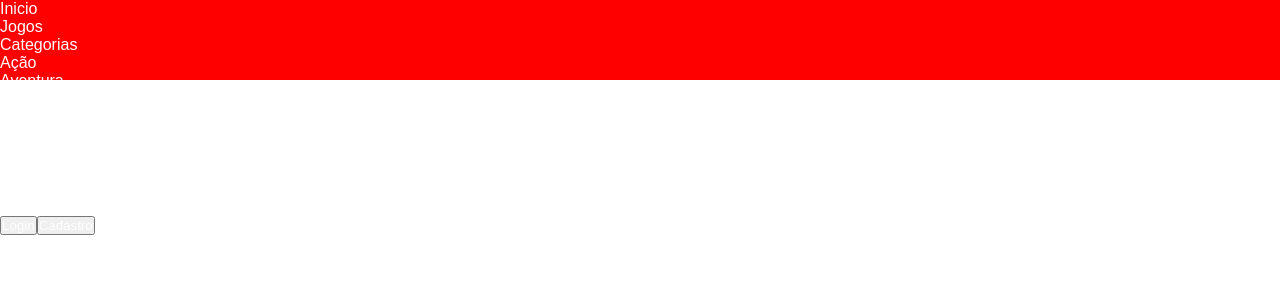
Repository: MarcoantonioCaldeira/Projeto-Go-Gamming
Page: /
The author's editor kept a copy of each file at every save. The page is drawn from the files as they stood at one save, then again after a run of saves.
The browser window is 1280 px wide. The pictures show the whole page.
The project was rebuilt for these pictures with package versions that can differ from the ones it lists, and the page was loaded fresh each time. Also part of the build but not shown: src/pages/Inicio/estilo.css, src/pages/rodape/rodape.js, src/pages/Inicio/Inicio.js, src/pages/Jogos/Jogos.js, src/pages/Categorias/Acao.js, src/pages/Categorias/Aventura.js, src/pages/Categorias/Arcades.js, src/pages/Categorias/Familia.js and 7 more.

Above is the page before, as saved 2023-01-25 22:44:59.

### src/App.js
import ReactDOM from "react-dom/client";
import "./fonts/Poppins.ttf";
import { BrowserRouter, Routes, Route } from "react-router-dom";

import Menu from "./pages/Menu/Menu";
import Inicio from "./pages/Inicio/Inicio";

//Categorias
import Jogos from "./pages/Jogos/Jogos";
import Acao from "./pages/Categorias/Acao";
import Aventura from "./pages/Categorias/Aventura";
import Arcades from "./pages/Categorias/Arcades";
import Familia from "./pages/Categorias/Familia";
import Independentes from "./pages/Categorias/Independentes";
import Jogos_RPG from "./pages/Categorias/Jogos_RPG";
import Gratuitos from "./pages/Categorias/Gratuitos";
import Terror from "./pages/Categorias/Terror";
import Suspence from "./pages/Categorias/Suspence";


import Login from "./pages/Login/Login";
import Cadastro from "./pages/Cadastro/Cadastro";

function App() {
  return (
   <BrowserRouter>
    <Routes>
      <Route path="/" element={<Menu />}>
        <Route path="Inicio" element={<Inicio />}/>
        <Route path="jogos" element={< Jogos />}/>
          <Route path="Acao" element={<Acao />}/>
          <Route path="Aventura" element={<Aventura />}/>
          <Route path="Arcades" element={<Arcades />}/>
          <Route path="Familia" element={<Familia />}/>
          <Route path="Independentes" element={<Independentes />}/>
          <Route path="Jogos_RPG" element={<Jogos_RPG />}/>
          <Route path="Gratuitos" element={<Gratuitos />}/>
          <Route path="Terror" element={<Terror />}/>
          <Route path="Suspence" element={<Suspence />}/>
        <Route path="Login" element={<Login />}/>
        <Route path="Cadastro" element={<Cadastro />}/>
      </Route>
    </Routes>
   </BrowserRouter>
  );
}

const root = ReactDOM.createRoot(document.getElementById('root'))
root.render(<App />);
export default App;

### src/pages/Menu/Menu.js
import { Outlet, Link } from "react-router-dom";
import './estilo.css';


const Menu = () => {
  return (
      <>
        <nav id="nav_bar">
          <ul>
            <li>
              <Link to="./Inicio">Inicio</Link>
            </li>
            <li>
              <Link to="./Jogos">Jogos</Link>
            </li>
            <ul>
              <a>Categorias</a>
                <li><Link to="./Acao">Ação</Link></li>
                <li><Link to="./Aventura">Aventura</Link></li>
                <li><Link to="./Arcades">Arcades</Link></li>
                <li><Link to="./Familia">Familia</Link></li>
                <li><Link to="./Independentes">Independetes</Link></li>
                <li><Link to="./Jogos_RPG">Jogos_RPG</Link></li>
                <li><Link to="./Gratuitos">Gratuitos</Link></li>
                <li><Link to="./Terror">Torror</Link></li>
                <li><Link to="./Suspence">Suspence</Link></li>
            </ul>
          </ul>
          <button><Link to="./Login">Login</Link></button>
          <button><Link to="./Cadastro">Cadastro</Link></button>
        </nav>
        <Outlet />
      </>
  )
};

export default Menu;

### src/pages/Menu/estilo.css

*{
    margin: 0;
    padding: 0;
}

a, ul{
    display: inline;
    color: white;
    text-decoration: none !important;
    font-family: Arial;
}

#nav_bar{
    position:relative;
    width: 100%;
    list-style:none;
    /* float:left; */
    background-color: red;
    height: 80px;
}

Loaded but not shown: public/index.html (common file); src/index.js (common file); src/reportWebVitals.js (common file)

After the next 2 saves:
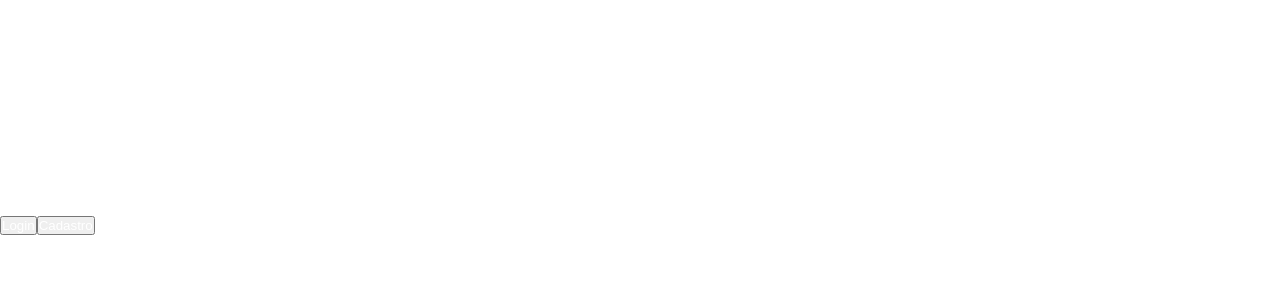
The 2 saves are shown as one change because they came seconds apart.
The last was saved 83 s later.
--- a/src/pages/Menu/Menu.js
+++ b/src/pages/Menu/Menu.js
@@ -5,8 +5,8 @@
 const Menu = () => {
   return (
       <>
-        <nav id="nav_bar">
-          <ul>
+        <nav>
+          <ul id="Nav_Bar">
             <li>
               <Link to="./Inicio">Inicio</Link>
             </li>

After the save that followed:
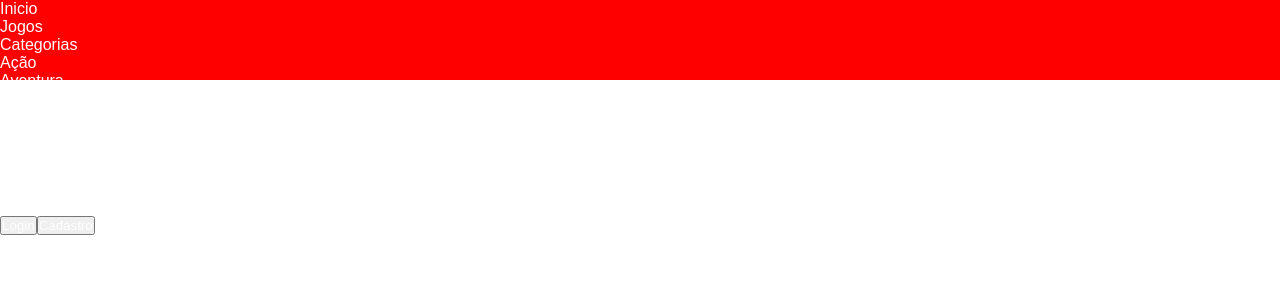
Saved 13 s later.
--- a/src/pages/Menu/Menu.js
+++ b/src/pages/Menu/Menu.js
@@ -5,8 +5,8 @@
 const Menu = () => {
   return (
       <>
-        <nav>
-          <ul id="Nav_Bar">
+        <nav id="nav_bar">
+          <ul>
             <li>
               <Link to="./Inicio">Inicio</Link>
             </li>
